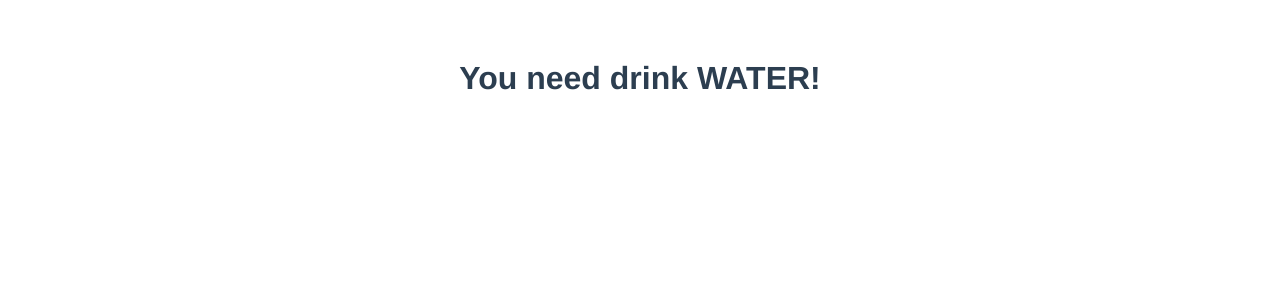
Repository: xuehebinglan/apps.xuehebinglan.com
Page: /drink-water
The author's editor kept a copy of each file at every save. The page is drawn from the files as they stood at one save, then again after the next save.
The browser window is 1280 px wide. The pictures show the whole page.
The project was rebuilt for these pictures with package versions that can differ from the ones it lists, and the page was loaded fresh each time. Also part of the build but not shown: src/components/HomePage.vue.

Above is the page before, as saved 2018-06-20 15:23:56.

After the next save:
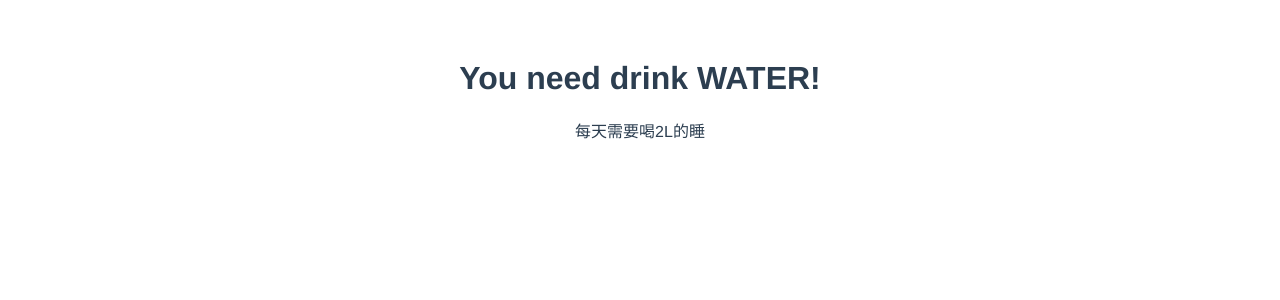
Saved 2 min 1 s later.
--- a/src/components/DrinkWater.vue
+++ b/src/components/DrinkWater.vue
@@ -3,6 +3,7 @@
     <h1>
       {{title}}
     </h1>
+    <p>每天需要喝2L的睡</p>
   </div>
 </template>
 
